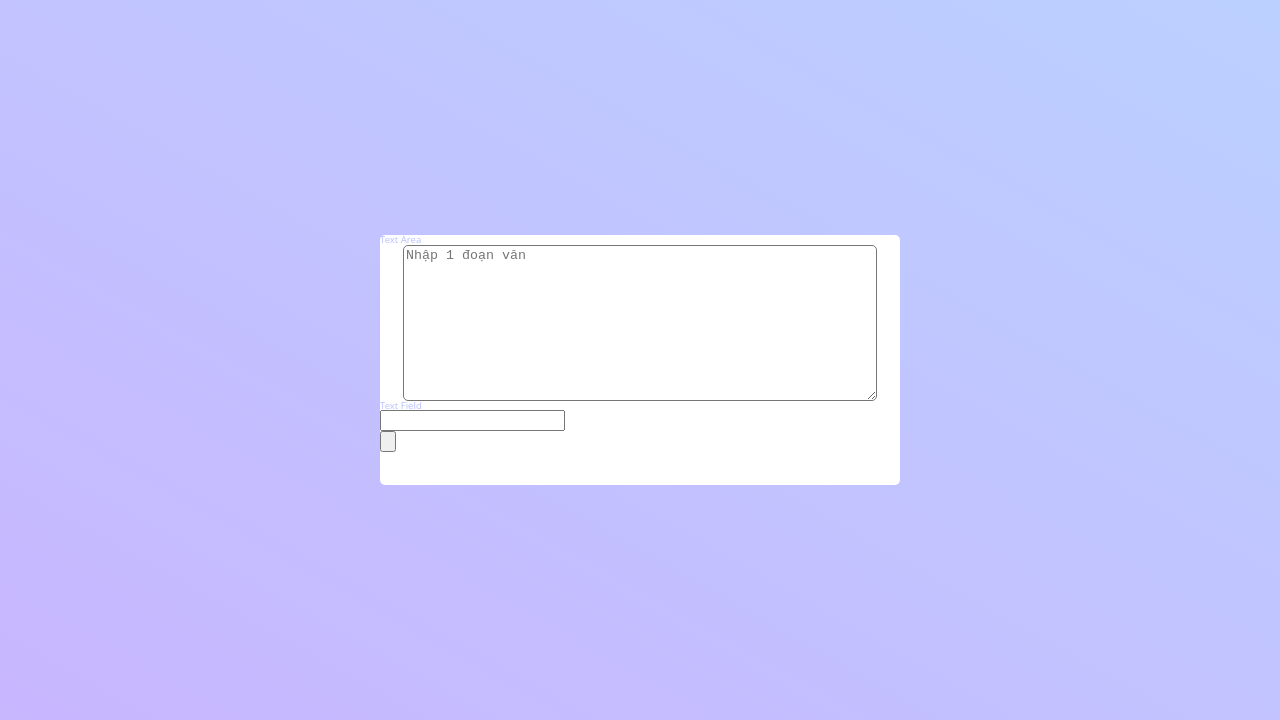
Repository: letrongtinh27/LapTrinhWeb
Page: Lab4.4/index.html
An editor plug-in stored every save of this project. The page is shown before and after the next save, followed by the edit.
The browser window is 1280 px wide. The pictures show the whole page.

Above is the page before, as saved 2022-10-14 19:50:16.

### Lab4.4/index.html
<!DOCTYPE html>
<html lang="en">
<head>
    <meta charset="UTF-8">
    <meta http-equiv="X-UA-Compatible" content="IE=edge">
    <meta name="viewport" content="width=device-width, initial-scale=1.0">
    <title>Document</title>
    <link rel="stylesheet" href="./reset.css">
    <link rel="stylesheet" href="style.css">
</head>
<body>
    <div class="container">
        <h4>Text Area</h4>
        <div class="text-area">
            <textarea name="" id="" cols="30" rows="10" placeholder="Nhập 1 đoạn văn"></textarea>
        </div>
        <h4>Text Field</h4>
        <div class="text-field">
            <input type="text">
        </div>

        <div class="btn-input"><input type="button" value=""></div>
    </div>


    <script src="./main.js"></script>
</body>
</html>

### Lab4.4/style.css
body {
    font-family: 'Open Sans',sans-serif;
    font-size: 60%;
    width: 100%;
    height: 100vh;
    background-image: linear-gradient(to right top, #c8b6ff,#bbd0ff);
    display: flex;
    justify-content: center;
    align-items: center;
}

.container {
    width: 100%;
    max-width: 520px;
    height: 250px;
    background-color: #fff  ;
    border-radius: 5px;

}
.text-area {
    display: flex;
}
.text-area > textarea{
    width: 90%;
    border-radius: 5px;
    margin: 0 auto;
}
.text-field{

}
.btn-input{

}

h4 {
    color: #b8c0ff;
}

Loaded but not shown: Lab4.4/reset.css (common file); Lab4.4/main.js (no stored copy; drawn as an empty file)

After the next save:
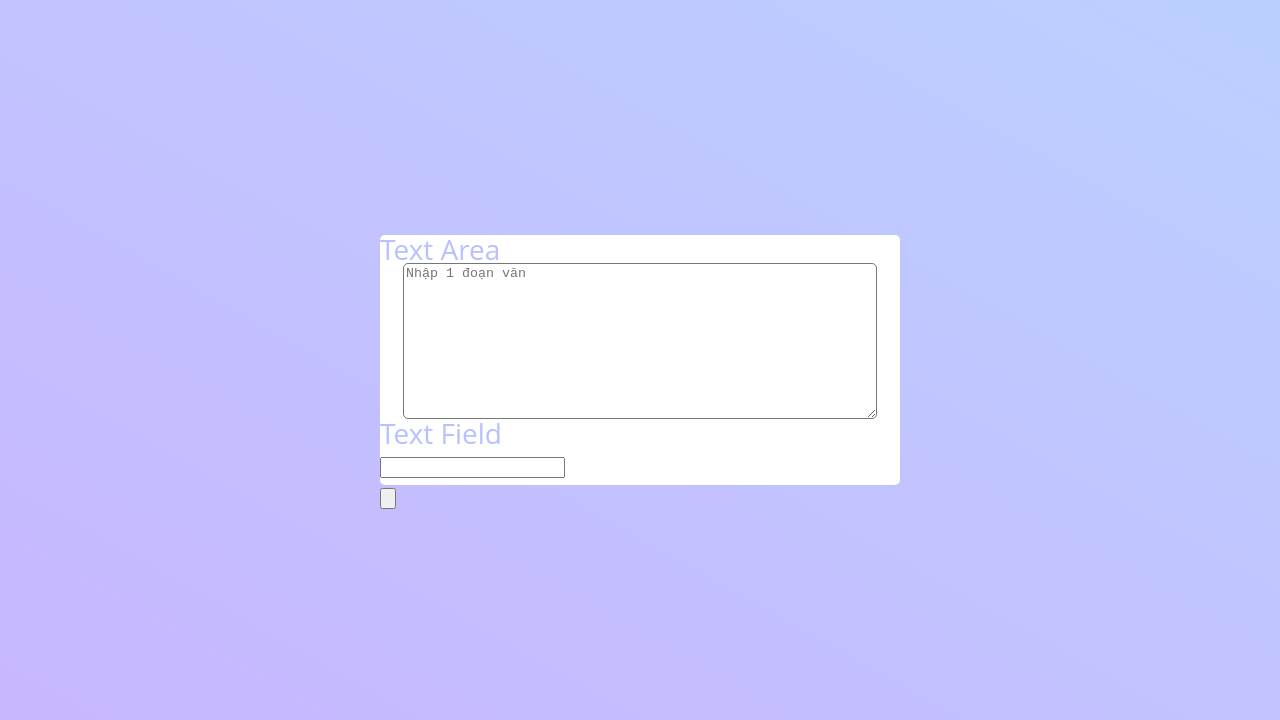
Saved 7 s later.
--- a/Lab4.4/style.css
+++ b/Lab4.4/style.css
@@ -1,6 +1,6 @@
 body {
     font-family: 'Open Sans',sans-serif;
-    font-size: 60%;
+    font-size: 28px;
     width: 100%;
     height: 100vh;
     background-image: linear-gradient(to right top, #c8b6ff,#bbd0ff);
